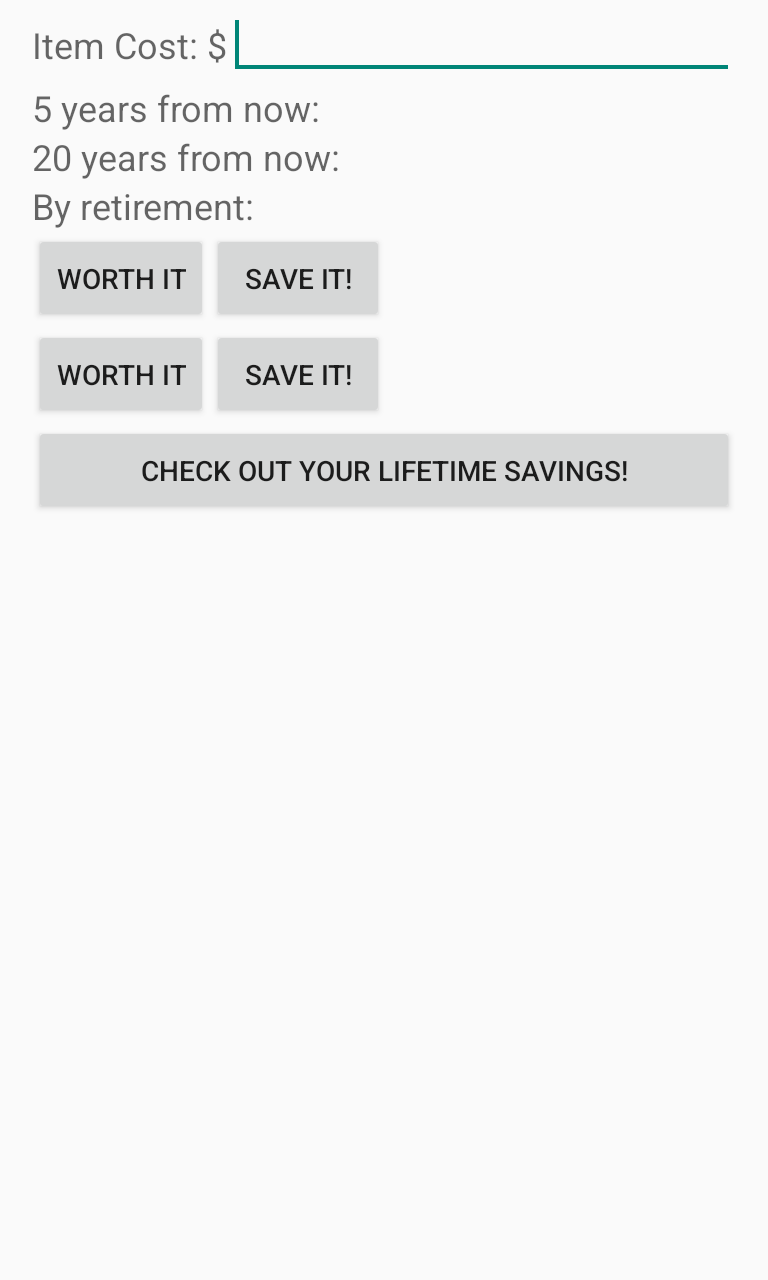
Repository: aallev11/saveit
Layout: ShouldISaveIt/res/layout/activity_main.xml
These files come from the project's save history. The layout is drawn as it stood at one moment and after the next save; the edit follows.
It is drawn on a 768 x 1280 px phone screen (xhdpi) without system bars, with theme AppTheme; the app's code is not run.

Above is the layout before, as saved 2014-03-30 15:09:15.

### ShouldISaveIt/res/layout/activity_main.xml
<FrameLayout xmlns:android="http://schemas.android.com/apk/res/android"
    xmlns:tools="http://schemas.android.com/tools"
    android:id="@+id/container"
    android:layout_width="match_parent"
    android:layout_height="match_parent"
    tools:context="com.example.shouldisaveit.MainActivity"
    tools:ignore="MergeRootFrame" >

    <LinearLayout
        android:layout_width="fill_parent"
        android:layout_height="fill_parent"
        android:orientation="vertical"
        android:paddingLeft="16dp"
        android:paddingRight="16dp" >

        <LinearLayout
            android:layout_width="fill_parent"
            android:layout_height="wrap_content"
            android:orientation="horizontal" >

            <TextView
                android:id="@+id/itemCost"
                android:layout_width="wrap_content"
                android:layout_height="wrap_content"
                android:text="Item Cost: $"
                android:textAppearance="?android:attr/textAppearanceMedium" />

            <EditText
                android:id="@+id/editItemCost"
                android:layout_width="match_parent"
                android:layout_height="wrap_content"
                android:ems="10"
                android:inputType="numberDecimal"
                android:width="40dp" >

                <requestFocus />
            </EditText>
        </LinearLayout>

        <LinearLayout
            android:layout_width="fill_parent"
            android:layout_height="wrap_content"
            android:orientation="horizontal" >

            <TextView
                android:layout_width="wrap_content"
                android:layout_height="wrap_content"
                android:text="5 years from now:  "
                android:textAppearance="?android:attr/textAppearanceMedium" />

            <TextView
                android:id="@+id/edit5years"
                android:layout_width="match_parent"
                android:layout_height="wrap_content"
                android:ems="10"
                android:width="40dp" >
            </TextView>
        </LinearLayout>

        <LinearLayout
            android:layout_width="fill_parent"
            android:layout_height="wrap_content"
            android:orientation="horizontal" >

            <TextView
                android:layout_width="wrap_content"
                android:layout_height="wrap_content"
                android:text="20 years from now:  "
                android:textAppearance="?android:attr/textAppearanceMedium" />

            <TextView
                android:id="@+id/edit20years"
                android:layout_width="match_parent"
                android:layout_height="wrap_content"
                android:ems="10"
                android:width="40dp" >
            </TextView>
        </LinearLayout>

        <LinearLayout
            android:layout_width="fill_parent"
            android:layout_height="wrap_content"
            android:orientation="horizontal" >

            <TextView
                android:layout_width="wrap_content"
                android:layout_height="wrap_content"
                android:text="By retirement:  "
                android:textAppearance="?android:attr/textAppearanceMedium" />

            <TextView
                android:id="@+id/editByRetirement"
                android:layout_width="match_parent"
                android:layout_height="wrap_content"
                android:ems="10"
                android:width="40dp" >
            </TextView>
        </LinearLayout>

        <LinearLayout
            android:layout_width="fill_parent"
            android:layout_height="wrap_content"
            android:orientation="horizontal" >

            <Button
                android:id="@+id/worthIt"
                android:layout_width="wrap_content"
                android:layout_height="wrap_content"
                android:onClick="worthIt"
                android:text="Worth It" />

            <Button
                android:id="@+id/saveIt"
                android:layout_width="wrap_content"
                android:layout_height="wrap_content"
                android:onClick="saveIt"
                android:text="Save It!" />
        </LinearLayout>

        <LinearLayout
            android:layout_width="fill_parent"
            android:layout_height="wrap_content"
            android:orientation="horizontal" >

            <Button
                android:id="@+id/putIntoRetirement"
                android:layout_width="wrap_content"
                android:layout_height="wrap_content"
                android:onClick="worthIt"
                android:text="Worth It" />

            <Button
                android:id="@+id/putIntoStudentDebt"
                android:layout_width="wrap_content"
                android:layout_height="wrap_content"
                android:onClick="saveIt"
                android:text="Save It!" />
        </LinearLayout>

        <LinearLayout
            android:layout_width="fill_parent"
            android:layout_height="wrap_content"
            android:orientation="horizontal" >

            <Button
                android:id="@+id/lifetimeSavings"
                android:layout_width="fill_parent"
                android:layout_height="wrap_content"
                android:onClick="lifetimeSavings"
                android:text="Check out your lifetime savings!" />
        </LinearLayout>
    </LinearLayout>

</FrameLayout>

Loaded but not shown: ShouldISaveIt/res/values/styles.xml (common file); ShouldISaveIt/res/values-v11/styles.xml (common file); ShouldISaveIt/res/values-v14/styles.xml (common file)

After the next save:
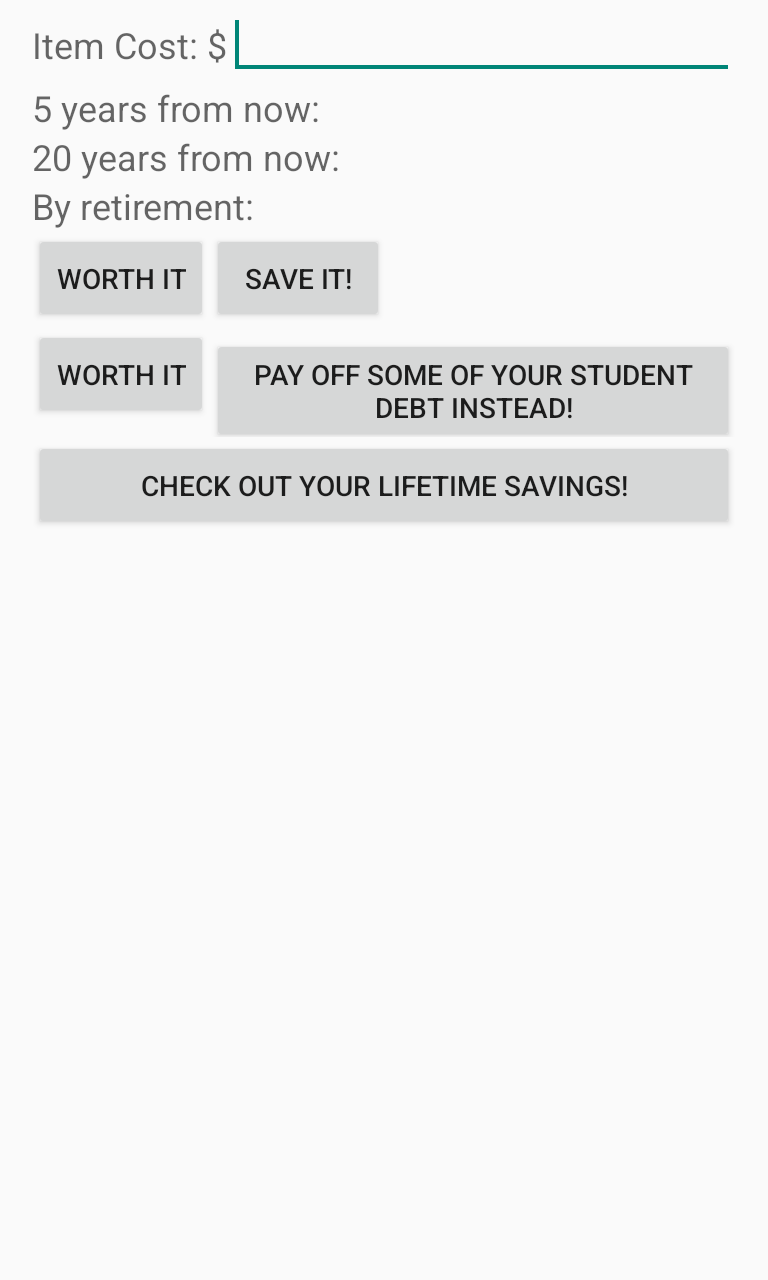
Saved 65 s later.
--- a/ShouldISaveIt/res/layout/activity_main.xml
+++ b/ShouldISaveIt/res/layout/activity_main.xml
@@ -126,7 +126,7 @@
                 android:id="@+id/putIntoRetirement"
                 android:layout_width="wrap_content"
                 android:layout_height="wrap_content"
-                android:onClick="worthIt"
+                android:onClick="Save it in Retirement Instead!"
                 android:text="Worth It" />
 
             <Button
@@ -134,7 +134,7 @@
                 android:layout_width="wrap_content"
                 android:layout_height="wrap_content"
                 android:onClick="saveIt"
-                android:text="Save It!" />
+                android:text="Pay off some of your student debt instead!" />
         </LinearLayout>
 
         <LinearLayout
